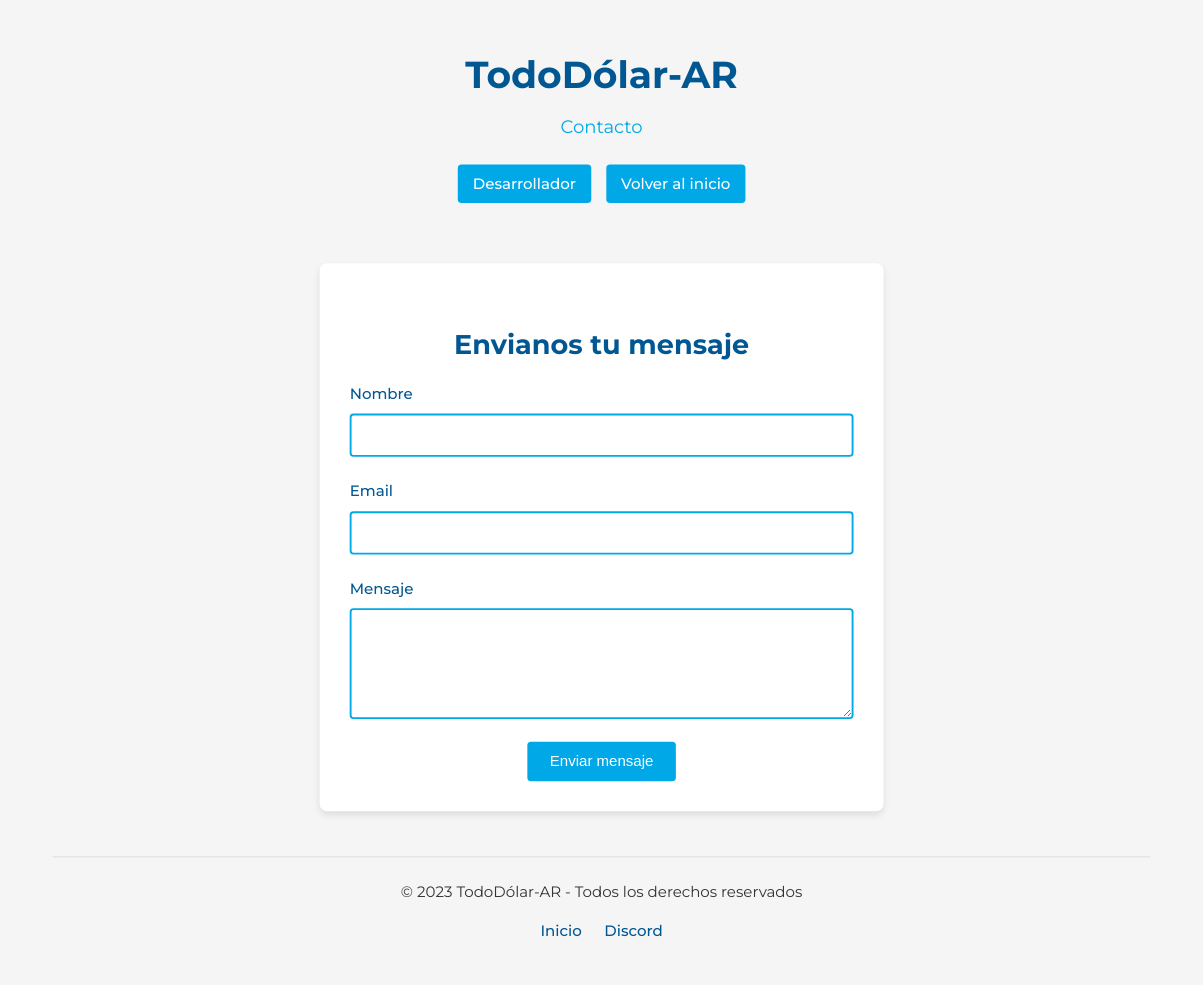
Repository: FabriDevelope/todod-lar-ar
Page: contacto/index.html
These files come from the project's save history. The page is drawn as it stood at one moment and after the next save; the edit follows.
The browser window is 1280 px wide. The pictures show the whole page, at 94% of full size.

Above is the page before, as saved 2025-09-06 21:07:19.
Console error: TypeError: Cannot read properties of null (reading 'addEventListener')

After the next save:
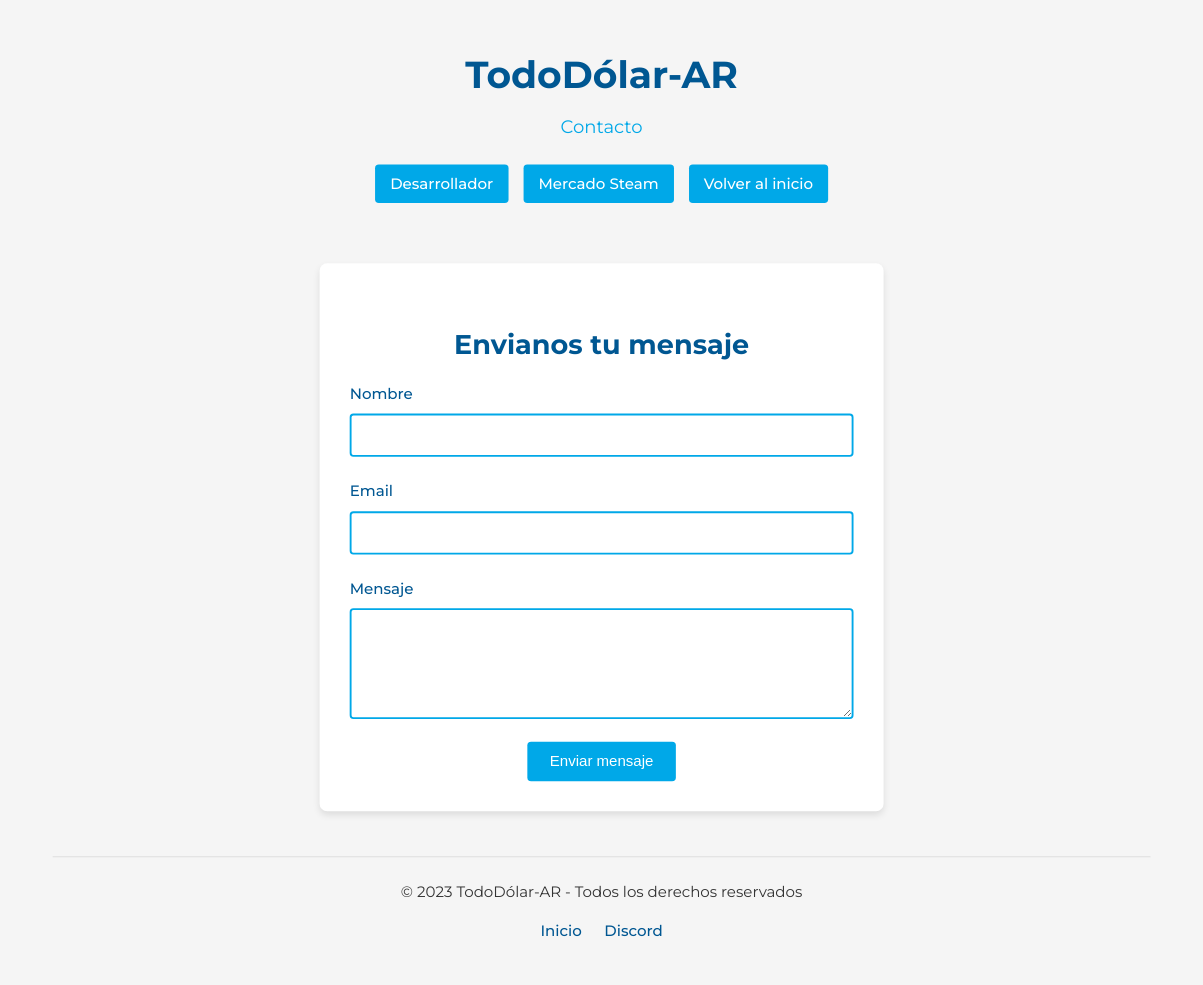
Saved 16 s later.
--- a/contacto/index.html
+++ b/contacto/index.html
@@ -16,6 +16,7 @@
             <p class="header-subtitle">Contacto</p>
             <div class="header-links">
                 <a href="https://fabridevs.netlify.app" target="_blank" class="steam-btn">Desarrollador</a>
+                <a href="https://store.steampowered.com/search/?filter=topsellers&specials=1" target="_blank" class="steam-btn">Mercado Steam</a>
                 <a href="../index.html" class="back-btn">Volver al inicio</a>
             </div>
         </header>
